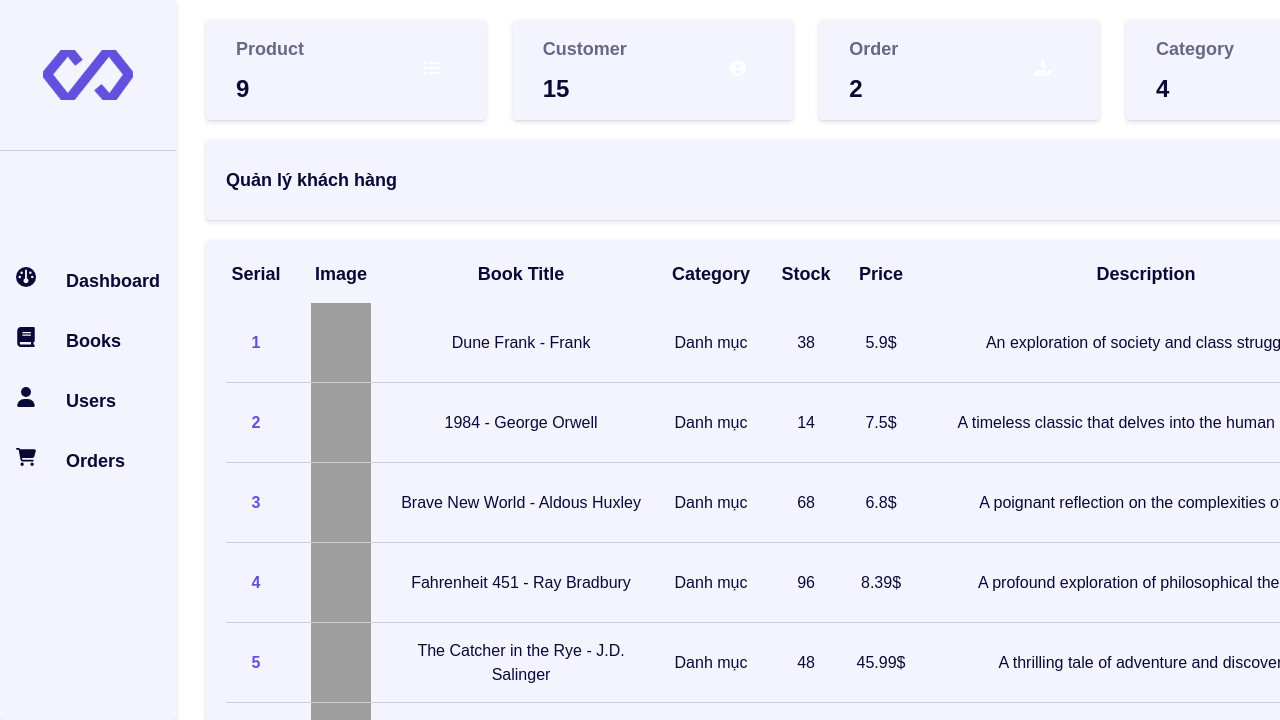
Repository: kauittt/BookStore_FE
Page: / (app in book-store/)
These files come from the project's save history. The page is drawn as it stood at one moment and after the next save; the edit follows.
The browser window is 1280 px wide. The pictures show the whole page.
Pictures or frames that could not be fetched are drawn as grey boxes. An inner scrolling area shows only its first screen. The project was rebuilt for these pictures with package versions that can differ from the ones it lists, and the page was loaded fresh each time. Also part of the build but not shown: book-store/vite.config.js, book-store/src/components/elements/FormInput.jsx, book-store/src/components/login-signup/Login.jsx, book-store/src/components/book/BookItem.jsx, book-store/src/components/book/BookList.jsx, book-store/src/components/elements/BackNavigation.jsx, book-store/src/components/book/BookDetail.jsx, book-store/src/components/cart/QuantitySelector.jsx and 5 more.

Above is the page before, as saved 2024-07-20 15:05:08.

After the next save:
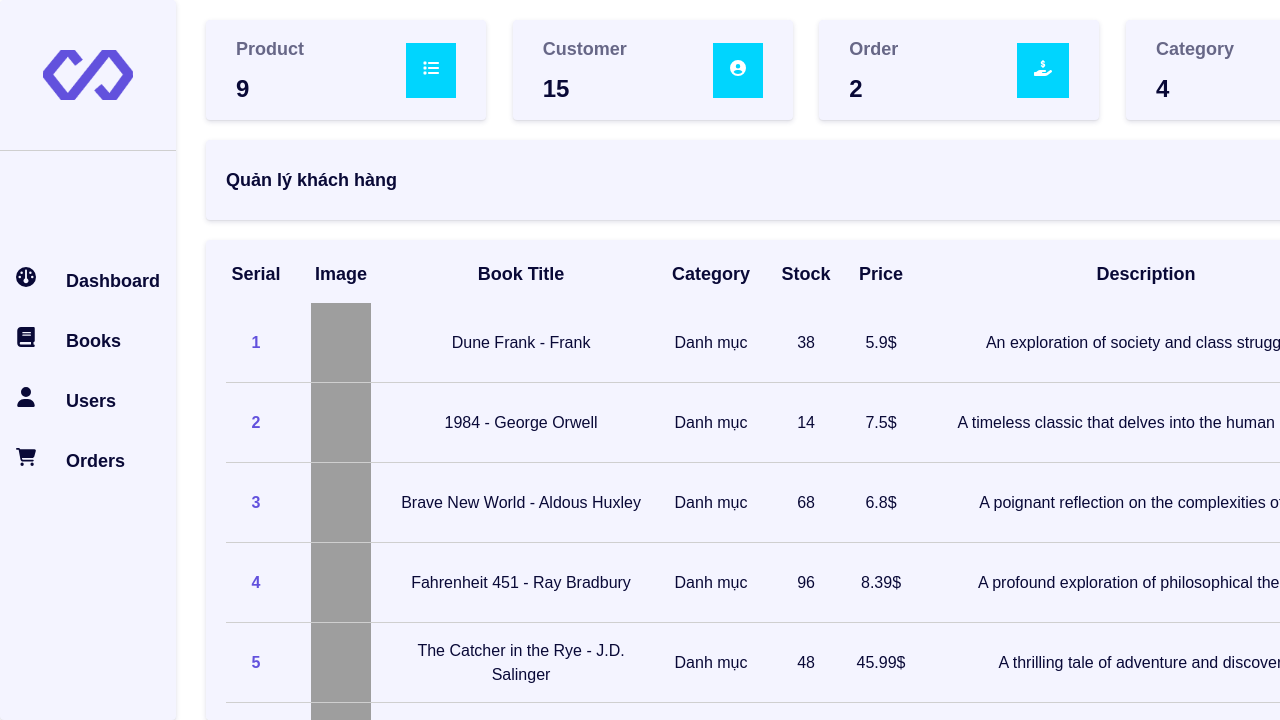
Saved 34 s later.
--- a/book-store/src/components/elements/Card.jsx
+++ b/book-store/src/components/elements/Card.jsx
@@ -24,7 +24,7 @@
                 </p>
                 <p className="text-2xl font-semibold">{props.quantity}</p>
             </div>
-            <div className={`${color}`}>
+            <div className={`bg-[#00d5fe]`}>
                 <FontAwesomeIcon
                     className={`p-[17px] rounded-full text-text-white `}
                     icon={props.icon}

After the save that followed:
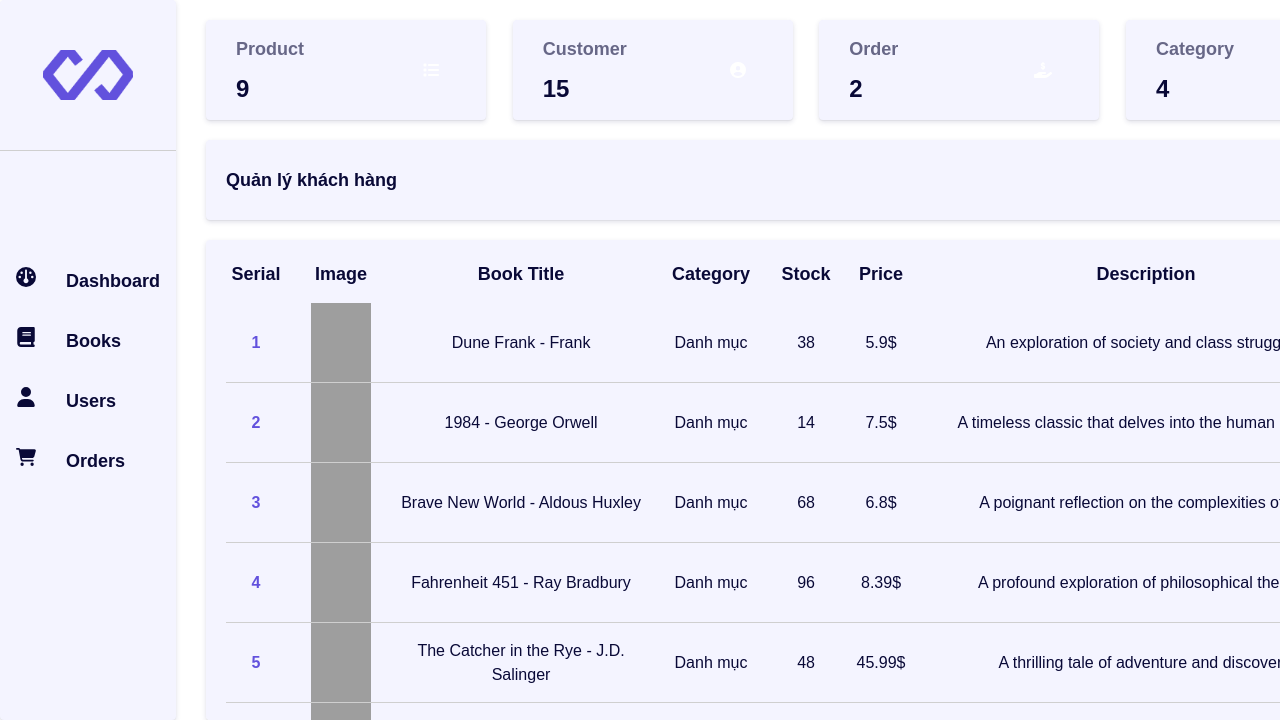
Saved 25 s later.
--- a/book-store/src/components/elements/Card.jsx
+++ b/book-store/src/components/elements/Card.jsx
@@ -24,12 +24,10 @@
                 </p>
                 <p className="text-2xl font-semibold">{props.quantity}</p>
             </div>
-            <div className={`bg-[#00d5fe]`}>
-                <FontAwesomeIcon
-                    className={`p-[17px] rounded-full text-text-white `}
-                    icon={props.icon}
-                />
-            </div>
+            <FontAwesomeIcon
+                className={`p-[17px] rounded-full text-text-white `}
+                icon={props.icon}
+            />
             {/* <FontAwesomeIcon icon={faCartShopping} />
             <FontAwesomeIcon icon={faHandHoldingDollar} />
             <FontAwesomeIcon icon={faCircleUser} /> */}
